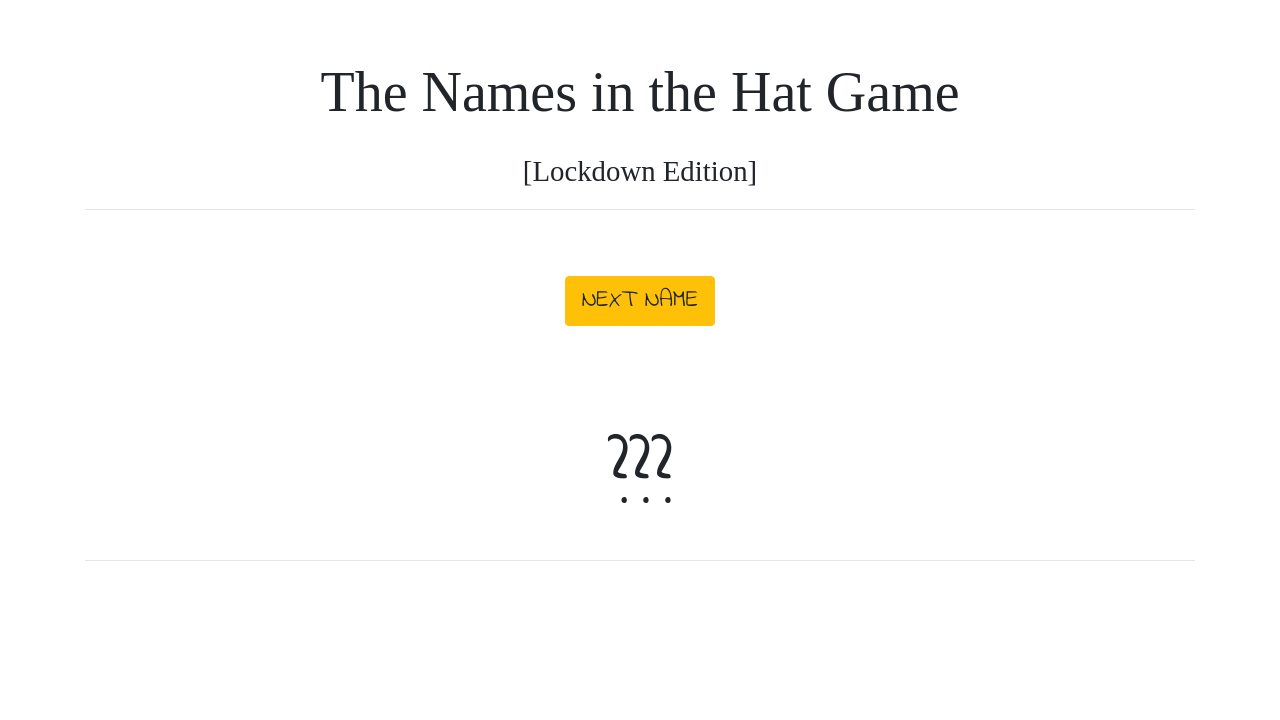
Repository: TaylorD1982/randomizer
Page: index.html
The author's editor kept a record of every edit. The page is drawn from the files as they stood at one moment, then again after the next edit.
The browser window is 1280 px wide. The pictures show the whole page.
Some web fonts or font styles are not loaded; a fallback is used. Some web libraries are served in a nearby version.

Above is the page before.

After the next edit:
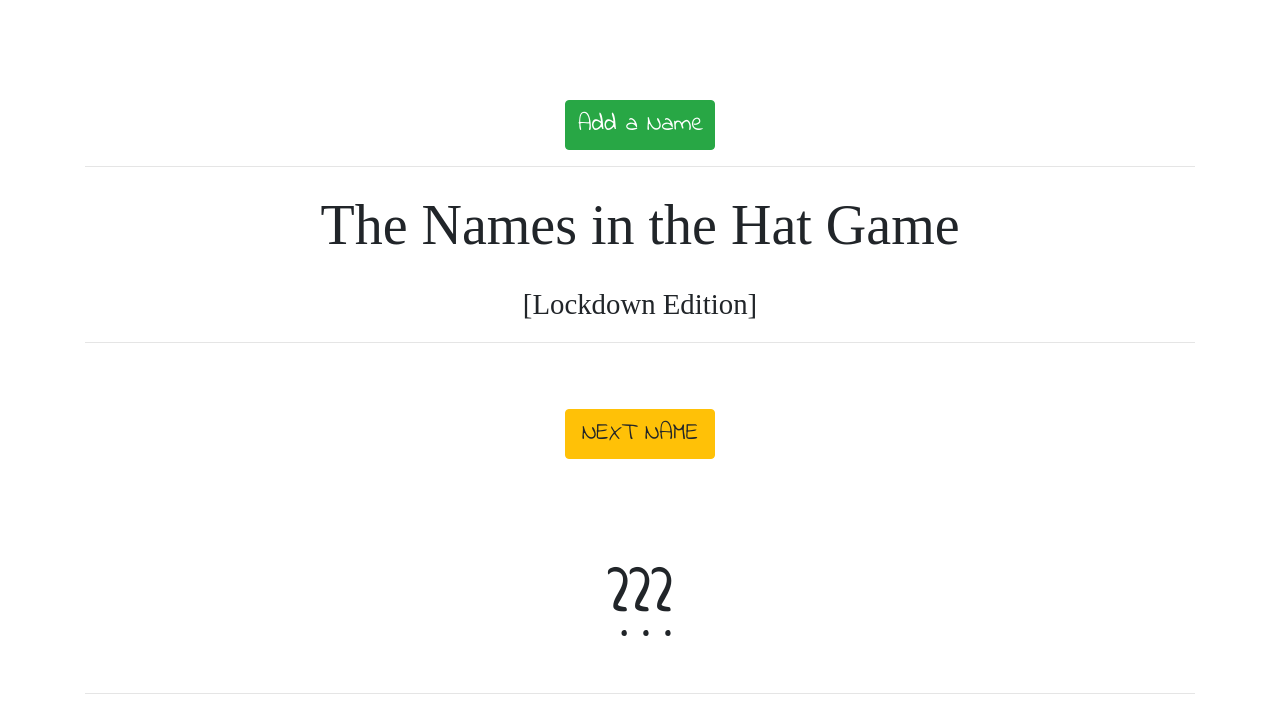
The edit:
--- a/index.html
+++ b/index.html
@@ -17,6 +17,10 @@
     <div class="container">
         <div class="row app">
             <div class="col">
+                <button href="submit.html" class="btn btn-success">
+                      Add a Name
+                </button>
+                <hr>
                 <div>
                     <P class="title">The Names in the Hat Game</P>
                     <P class="lock">[Lockdown Edition]</P>
